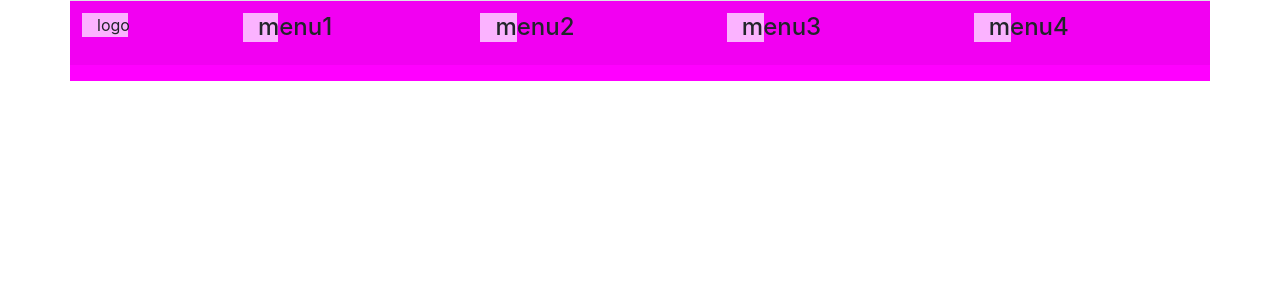
Repository: HayatoTakaha/bookers2-debug
Page: bootstrap_practice/index.html
The author's editor kept a record of every edit. The page is drawn from the files as they stood at one moment, then again after the next edit.
The browser window is 1280 px wide. The pictures show the whole page.

Above is the page before.

After the next edit:
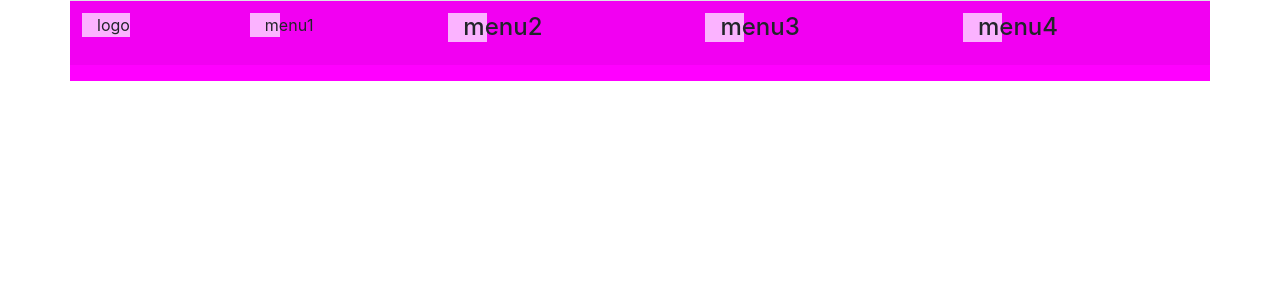
The edit:
--- a/bootstrap_practice/index.html
+++ b/bootstrap_practice/index.html
@@ -20,7 +20,7 @@
         </td>
         <td>
         <div class="col-lg-2" style="background-color: #fbb3ff ;">
-          <h4>menu1</h4>
+          <p>menu1</p>
         </div>
         </td>
         <td>
